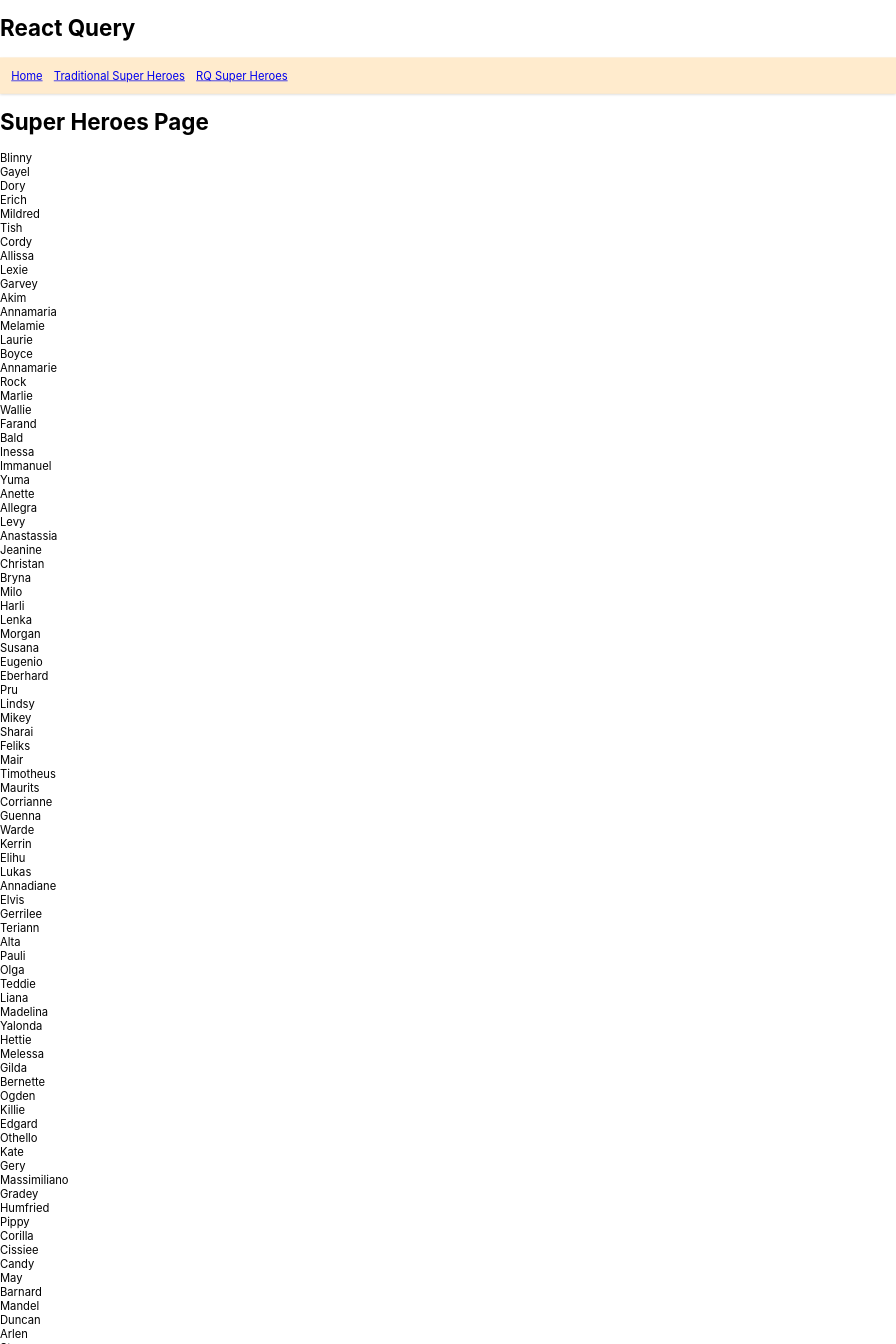
Repository: maescode/simple-react-admin-dashboard
Page: /super-heroes
An editor plug-in stored every save of this project. The page is shown before and after the next save, followed by the edit.
The browser window is 1280 px wide. The pictures show the part of the page from y = 0 to 1920 px (the page is 20216 px tall before and 20232 px after), at 70% of full size.
The project was rebuilt for these pictures with package versions that can differ from the ones it lists, and the page was loaded fresh each time. Requests to the local data server were answered from the project's data file. Also part of the build but not shown: src/components/table.css, src/react-tables/components/BasicTable.js, src/react-tables/components/PaginationTable.js, src/react-query/components/Home.Page.js, src/react-query/components/RQSuperHeroes.Page.js. Imported but missing from the stored project, and not drawn on this page: src/react-tables/components/columns.

Above is the page before, as saved 2022-07-26 18:30:50.

After the next save:
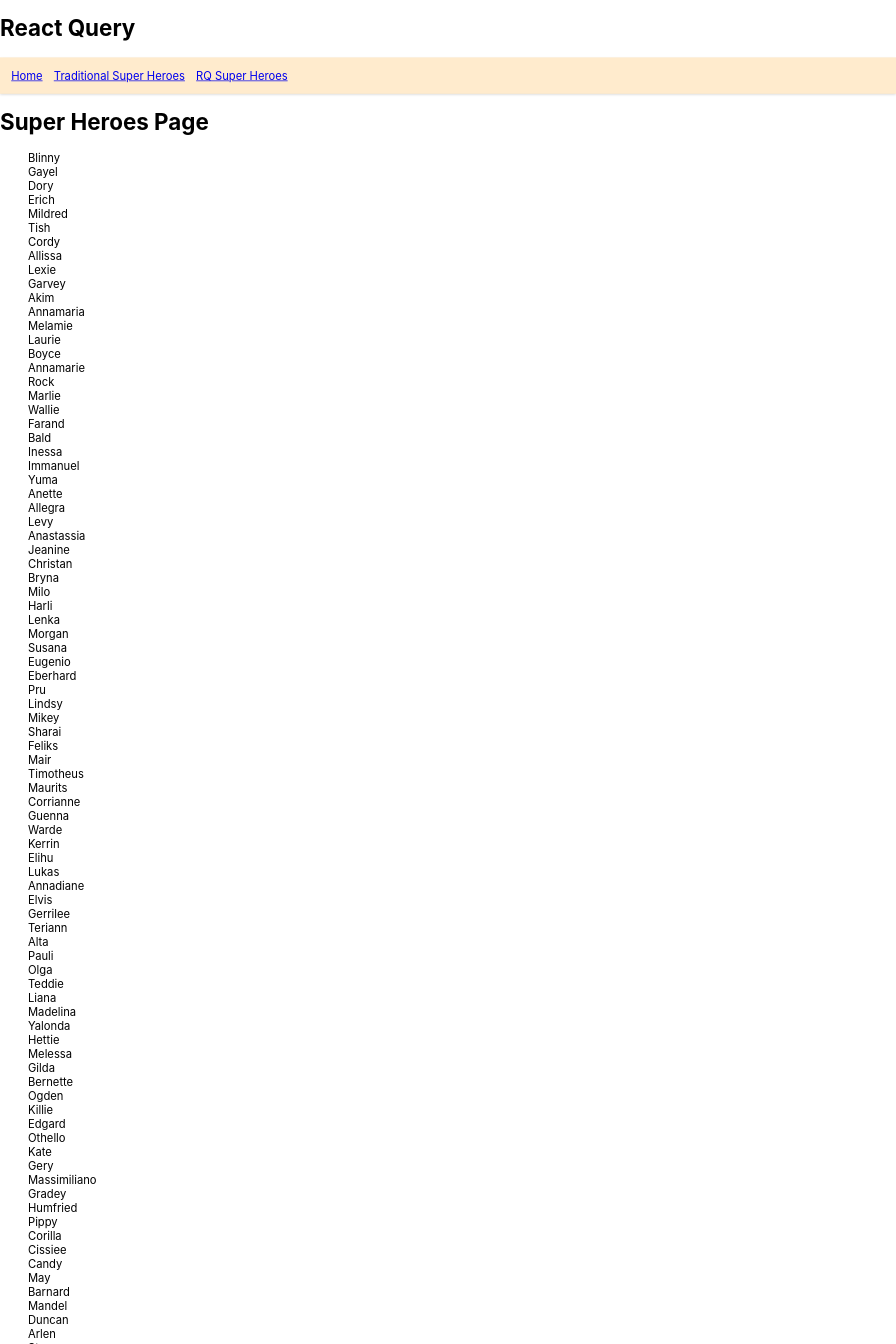
Saved 20 s later.
--- a/src/react-query/components/SuperHeroes.page.js
+++ b/src/react-query/components/SuperHeroes.page.js
@@ -19,9 +19,11 @@
   return (
     <div>
       <h1>Super Heroes Page</h1>
-      {data.map((hero) => {
-        return <div key={hero.first_name}>{hero.first_name}</div>;
-      })}
+      <ul>
+        {data.map((hero) => {
+          return <div key={hero.first_name}>{hero.first_name}</div>;
+        })}
+      </ul>
     </div>
   );
 };
